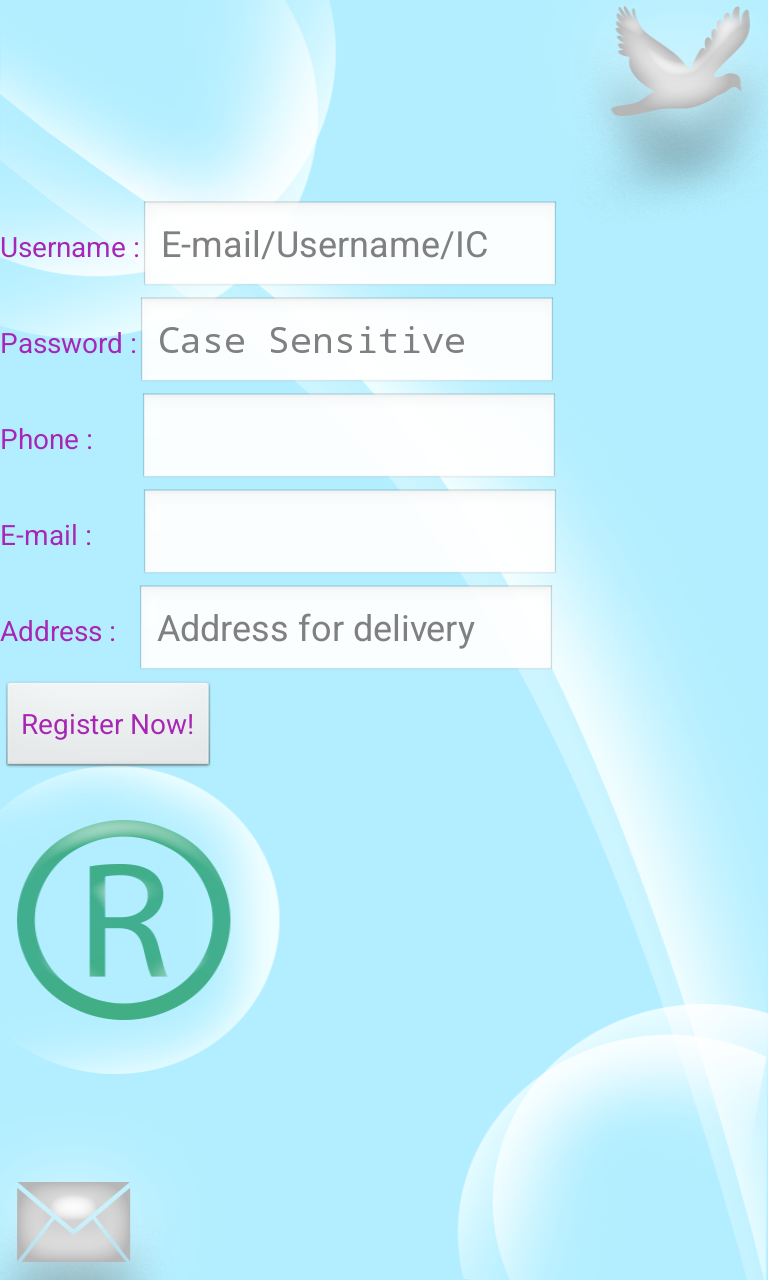
Repository: JodyCoolit/android
Layout: Delivery/res/layout/activity_signup.xml
An editor plug-in stored every save of this project. The layout is shown before and after the next save, followed by the edit.
It is drawn on a 768 x 1280 px phone screen (xhdpi) without system bars, with theme android:Theme.Light.NoTitleBar.Fullscreen; the app's code is not run.

Above is the layout before, as saved 2014-08-26 07:06:04.

After the next save:
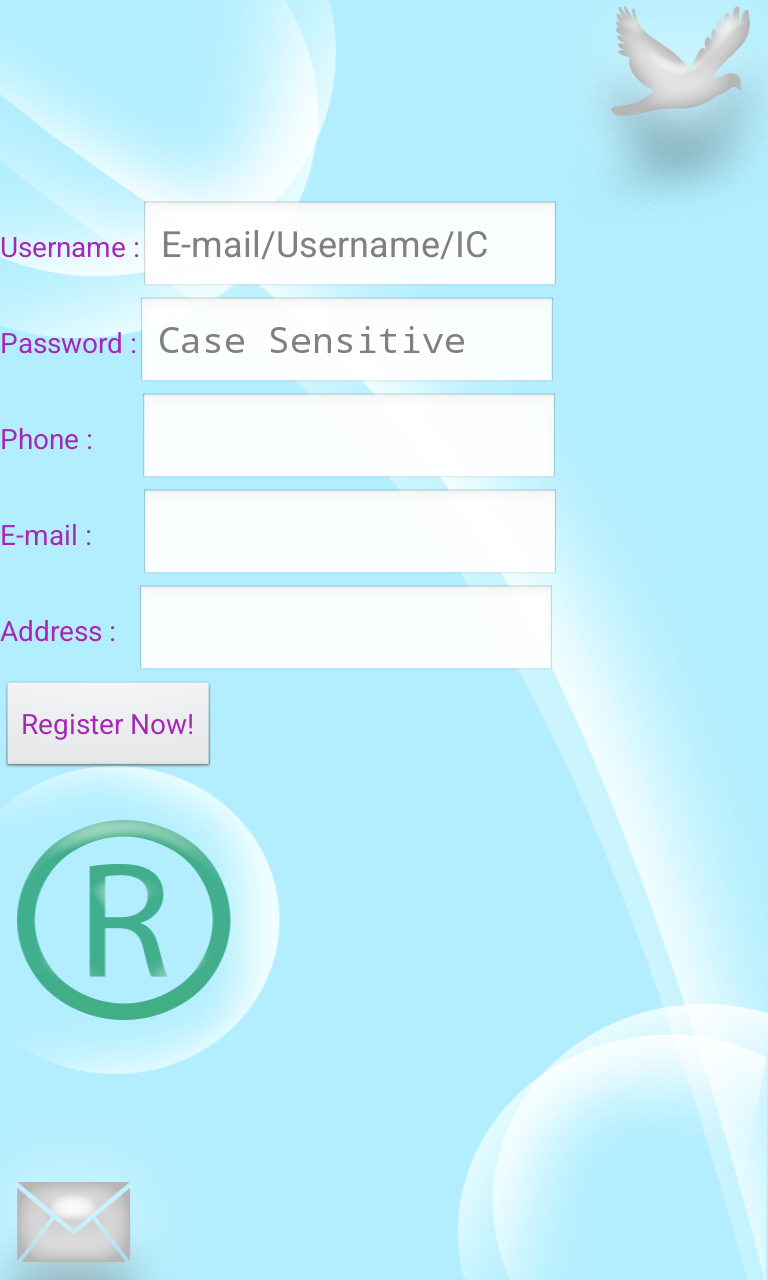
Saved 15 s later.
--- a/Delivery/res/values/strings.xml
+++ b/Delivery/res/values/strings.xml
@@ -16,7 +16,7 @@
 	<string name="tv_signup_password">Password : </string>
 	<string name="hint_signup_username">E-mail/Username/IC</string>
 	<string name="hint_signup_password">Case Sensitive</string>
-	<string name="hint_signup_address">Address for delivery</string>
+	<string name="hint_signup_address"></string>
 	<string name="tv_signup_phone">Phone : </string>
 	<string name="tv_signup_email">E-mail : </string>
 	<string name="tv_signup_address">Address : </string>
@@ -30,6 +30,7 @@
 	    <item>Message</item>
 	    <item>Promotion</item>
 	    <item>Feedback</item>
+	    <item>Settings</item>
 	    <item>About Us</item>
 	    <item>Log Out</item>
 	</string-array>
